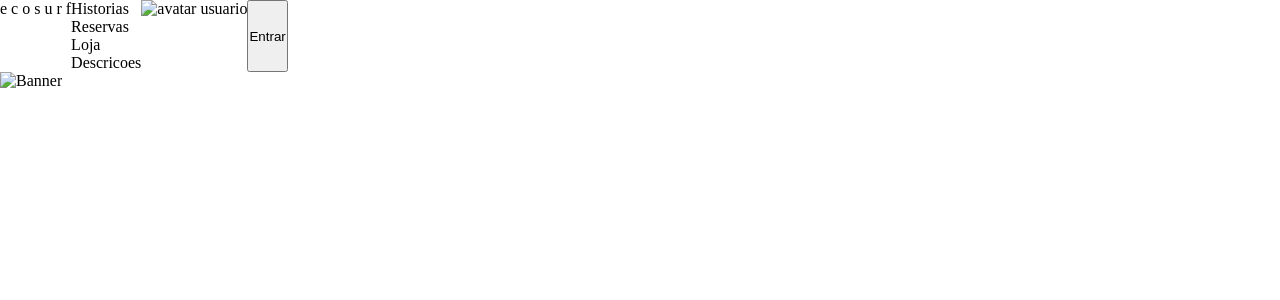
Repository: jorgprado/html-css-js
Page: blog-ecosurf/index.html
The author's editor kept a copy of each file at every save. The page is drawn from the files as they stood at one save, then again after the next save.
The browser window is 1280 px wide. The pictures show the whole page.

Above is the page before, as saved 2023-05-15 21:21:32.

After the next save:
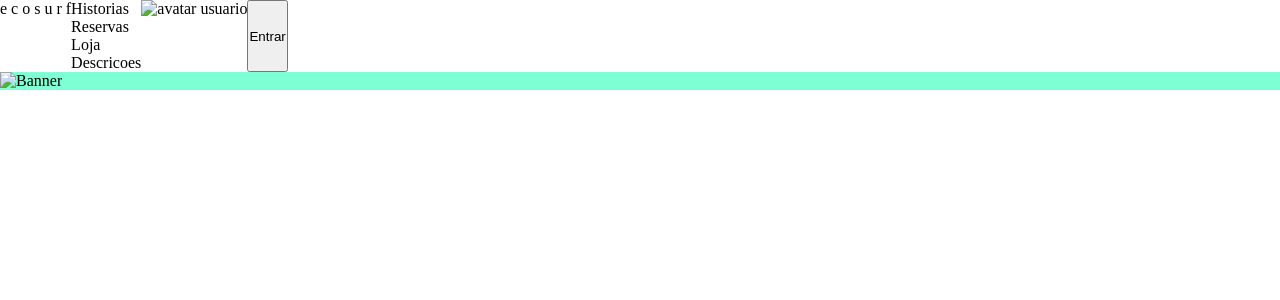
Saved 5 s later.
--- a/blog-ecosurf/css/style.css
+++ b/blog-ecosurf/css/style.css
@@ -12,5 +12,5 @@ header {
 
 .banner{
     margin: auto;
-    background-color: ;
+    background-color: aquamarine;
 }

After the 6 saves that followed:
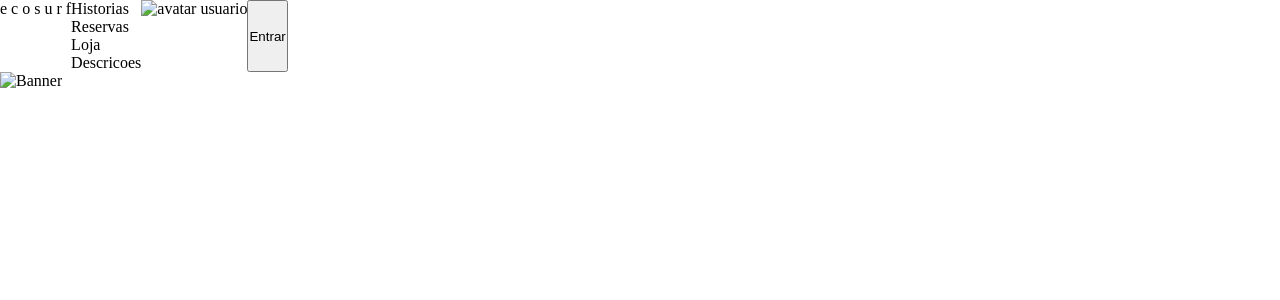
The 6 saves are shown as one change because 3 left the picture as it was and some came seconds apart.
The last was saved 50 s later.
--- a/blog-ecosurf/index.html
+++ b/blog-ecosurf/index.html
@@ -10,7 +10,7 @@
 <body>
     <main>
         <header>
-            <p><span>e</span>
+            <p class="logo "><span>e</span>
                 <span>c</span>
                 <span>o</span>
                 <span>s</span>
--- a/blog-ecosurf/css/style.css
+++ b/blog-ecosurf/css/style.css
@@ -7,8 +7,9 @@
 
 header {
     display: flex;
+}
 
-}
+.logo
 
 .banner{
     margin: auto;
